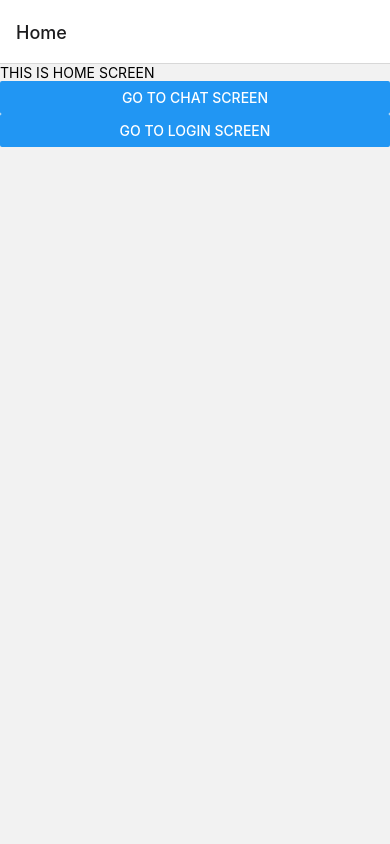
Repository: Leoka2000/tinder
Screen: /
The author's editor kept a copy of each file at every save. The screen is drawn from the files as they stood at one save, then again after the next save.
The app was drawn by React Native's web renderer in a window 390 px wide. The project was rebuilt for these pictures with package versions that can differ from the ones it lists, and the page was loaded fresh each time. Also part of the build but not shown: webpack.config.js, screens/chat-screen.js.

Above is the screen before, as saved 2023-06-12 18:39:45.

### App.js
import { NavigationContainer, useNavigation } from '@react-navigation/native';
import { Button, StyleSheet, Text, View } from 'react-native';
import StackNavigator from './stack-navigator';
import { AuthProvider } from './hooks/useAuth';

export default function App() {
  return (
    <NavigationContainer>
      <AuthProvider>
        <StackNavigator />
      </AuthProvider>
    </NavigationContainer>
  );
}

const styles = StyleSheet.create({
  container: {
    flex: 1,
    backgroundColor: '#fff',
    alignItems: 'center',
    justifyContent: 'center',
  },
});

### stack-navigator.js
import { View, Text } from 'react-native'
import React, { useState } from 'react'
import { createNativeStackNavigator } from '@react-navigation/native-stack'
import HomeScreen from './screens/home-screen';
import ChatScreen from './screens/chat-screen';
import LoginSreen from './screens/login-screen';
import { useAuth } from './hooks/useAuth';


const Stack = createNativeStackNavigator();

const StackNavigator = () => {
  const {user} = useAuth();
  console.log(user)

  return (
    <Stack.Navigator>
       {user ? (
        <>
          <Stack.Screen name='Home' component={HomeScreen} />
          <Stack.Screen name='Chat' component={ChatScreen} />
        </>
       ) : (
        <Stack.Screen name='Login' component={LoginSreen} />
       )}
    </Stack.Navigator>
  )
}

export default StackNavigator

### hooks/useAuth.js
import { View, Text } from 'react-native'
import React, { createContext, useContext } from 'react'

export const AuthContext = createContext({});

export const AuthProvider = ({children}) => {
  return (
    <AuthContext.Provider
    value={{
        user: 'Sonny'
    }}>
        {children}
    </AuthContext.Provider>
  )
}

export function useAuth() {
  return useContext(AuthContext);
}

### screens/home-screen.js
import { View, Text, Button } from 'react-native'
import React from 'react'
import { useNavigation } from '@react-navigation/native'

const HomeScreen = () => {
  const navigation = useNavigation();

  return (
    <View>
      <Text >THIS IS HOME SCREEN</Text>
      <Button title='Go to Chat Screen' onPress={() => {navigation.navigate("Chat")}} />
      <Button title='Go to Login Screen' onPress={() => {navigation.navigate("Login")}} />
    </View>
  )
}

export default HomeScreen

### screens/login-screen.js
import { View, Text } from 'react-native'
import React from 'react'


const LoginSreen = () => {
  return (
    <View>
      <Text> Login Screen</Text>
    </View>
  )
}

export default LoginSreen

After the next save:
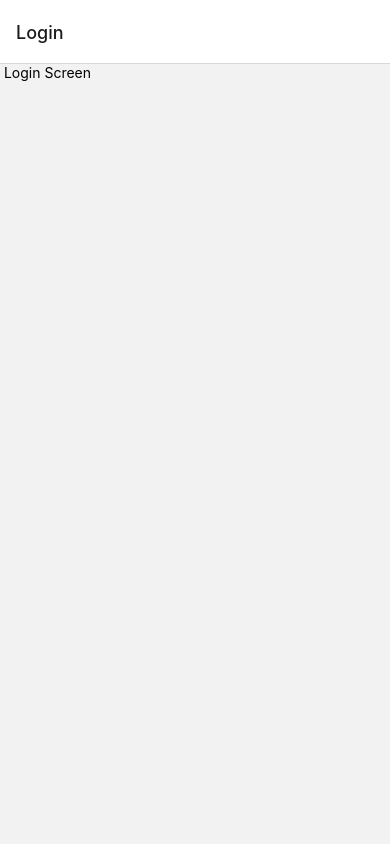
Saved 20 s later.
--- a/stack-navigator.js
+++ b/stack-navigator.js
@@ -10,7 +10,7 @@
 const Stack = createNativeStackNavigator();
 
 const StackNavigator = () => {
-  const {user} = useAuth();
+  const {user} = false;
   console.log(user)
 
   return (

After the 2 saves that followed:
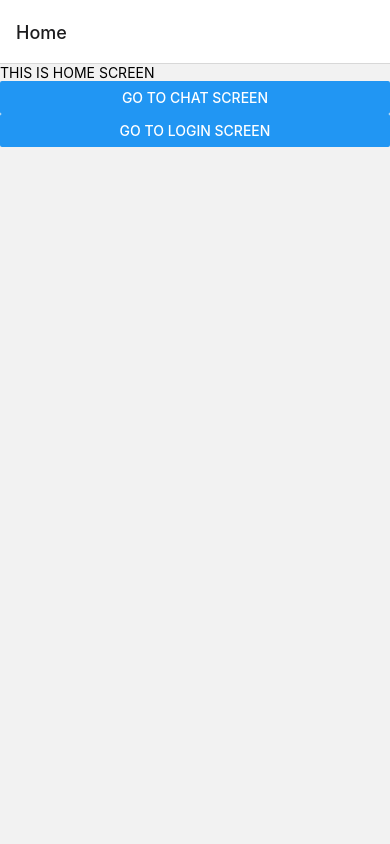
The 2 saves are shown as one change because 1 left the picture as it was.
The last was saved 18 s later.
--- a/stack-navigator.js
+++ b/stack-navigator.js
@@ -10,7 +10,7 @@
 const Stack = createNativeStackNavigator();
 
 const StackNavigator = () => {
-  const {user} = false;
+  const user = true;
   console.log(user)
 
   return (
